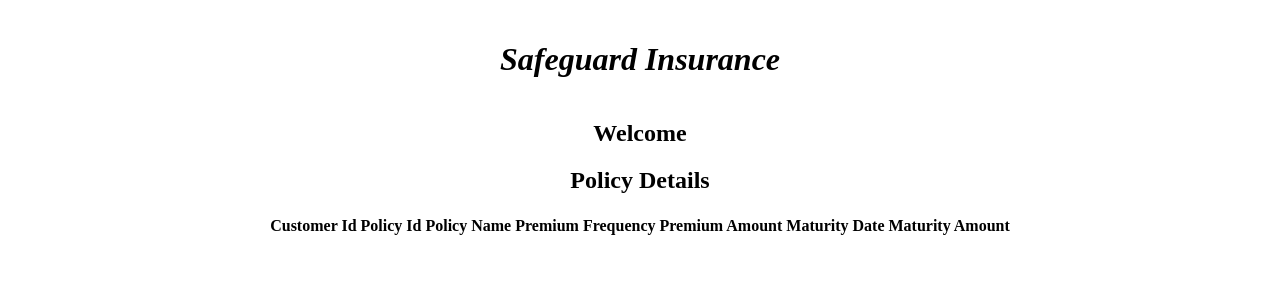
Repository: Rekha2903/SpringBootAssignmentThree
Page: http://localhost/PolicyDetail
The author's editor kept a copy of each file at every save. The page is drawn from the files as they stood at one save, then again after the next save.
The browser window is 1280 px wide. The pictures show the whole page.
The page is this project's Thymeleaf template; nobody is signed in. The template is opened directly, without the code that normally fills it, so the values that code supplies are empty.

Above is the page before, as saved 2020-04-01 11:51:07.

### AssignmentThree/src/main/resources/templates/PolicyDetail.html
<!DOCTYPE html>
<html>
<head>
<meta charset="ISO-8859-1">
<title>Policy Details</title>
</head>
<body>
<body>
	<form action="/home" th:object="${policyDetail}" method="GET"></form>

		<h1 align="center" style = "padding-top: 20px ; padding-bottom: 20px"><i>Safeguard Insurance</i></h1>
		<h2 align="center">Welcome <td th:text = "${user.username}"></th:text>!!!</td></h2>
		<h2 align="center">Policy Details</h2>
		<table align="center">
		<tr>
			<th>Customer Id</th>
			<th>Policy Id</th>
			<th>Policy Name</th>
			<th>Premium Frequency</th>
			<th>Premium Amount</th>
			<th>Maturity Date</th>
			<th>Maturity Amount</th>
		</tr>
		<tr class="clickable text-center"  th:each="p : ${policyDetail.list}">
			<td id="tableData" th:text="${p.customerId}"></td>
			<td id="tableData" th:text="${p.policyId}"></td>
			<td id="tableData" th:text="${p.policyName}"></td>
			<td id="tableData" th:text="${p.premiumFrequency}"></td>
			<td id="tableData" th:text="${p.premiumAmount}"></td>
			<td id="tableData" th:text="${p.maturityDates}"></td>
			<td id="tableData" th:text="${p.maturityAmount}"></td>
		</tr>
	</table>
	</body>
</body>
</html>

After the next save:
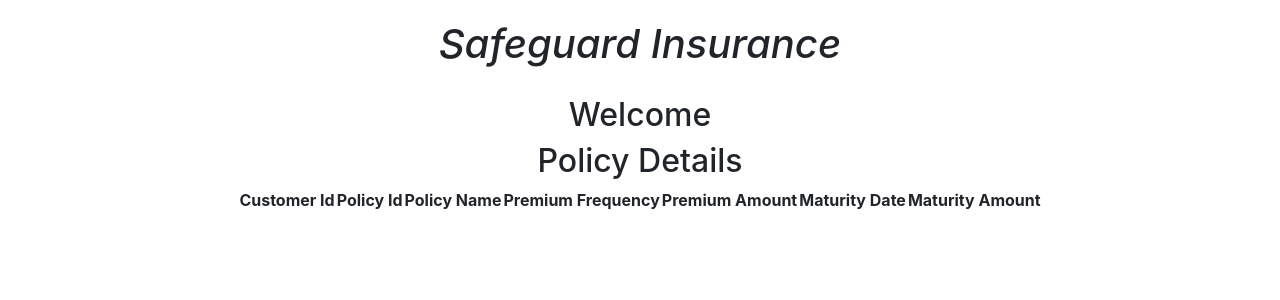
Saved 3 min 45 s later.
--- a/AssignmentThree/src/main/resources/templates/PolicyDetail.html
+++ b/AssignmentThree/src/main/resources/templates/PolicyDetail.html
@@ -1,7 +1,14 @@
-<!DOCTYPE html>
-<html>
+<html xmlns:th="http://www.thymeleaf.org">
 <head>
+<!-- Required meta tags -->
+
 <meta charset="ISO-8859-1">
+<meta name="viewport"
+	content="width=device-width, initial-scale=1, shrink-to-fit=no">
+<!-- Bootstrap CSS -->
+<link rel="stylesheet"
+	href="https://stackpath.bootstrapcdn.com/bootstrap/4.3.1/css/bootstrap.min.css"
+	>
 <title>Policy Details</title>
 </head>
 <body>
